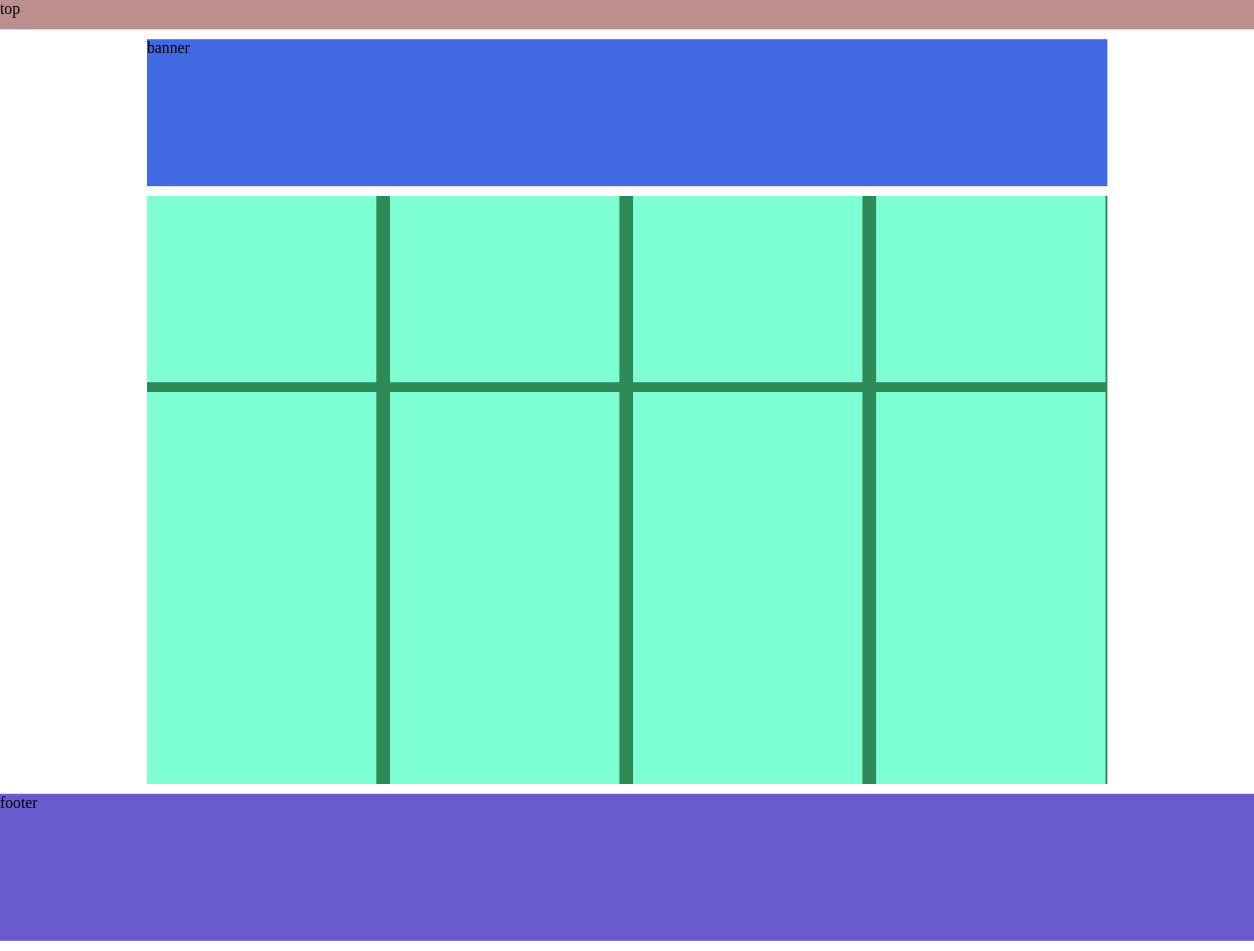
Repository: TheBestBadGuy0228/code
Page: 网页简单布局.案例.html
The author's editor kept a copy of each file at every save. The page is drawn from the files as they stood at one save, then again after the next save.
The browser window is 1280 px wide. The pictures show the whole page, at 98% of full size.

Above is the page before, as saved 2021-12-09 13:07:46.

After the next save:
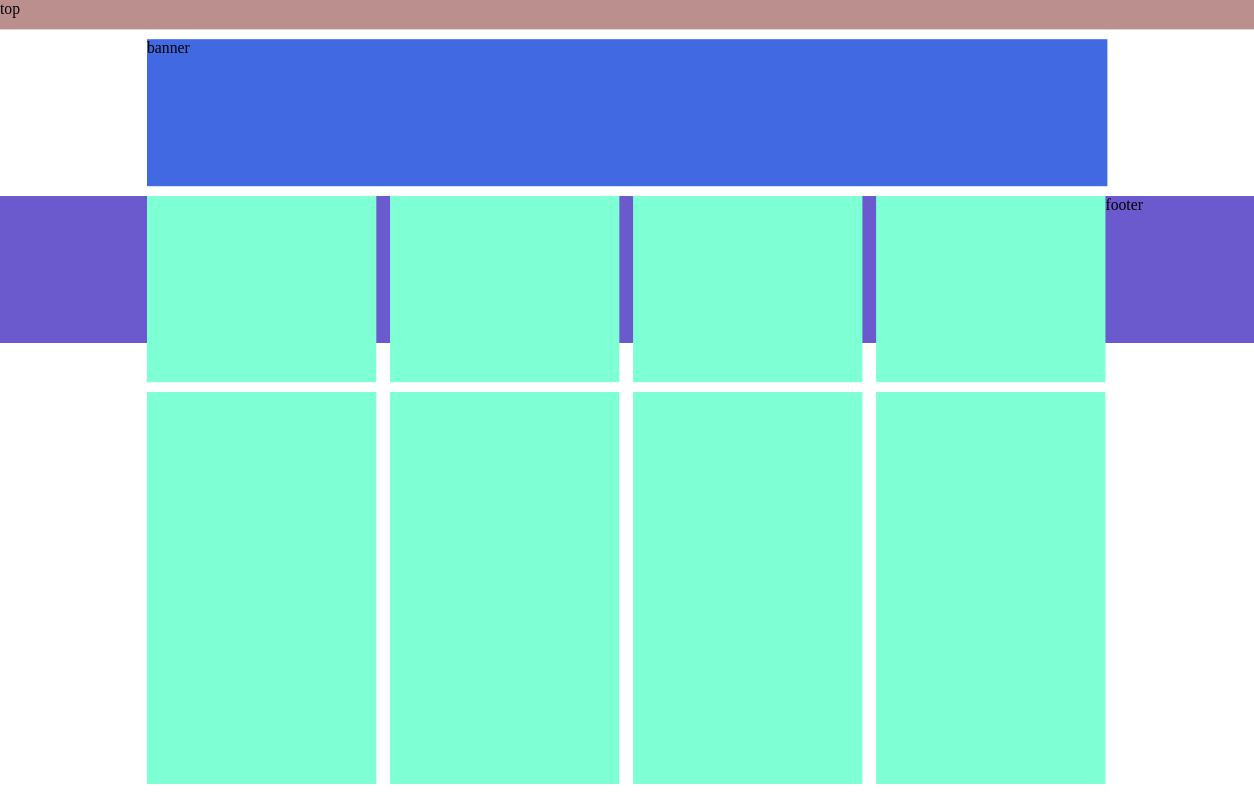
Saved 24 min 17 s later.
--- a/网页简单布局.案例.html
+++ b/网页简单布局.案例.html
@@ -34,7 +34,7 @@
 
         .box {
             width: 980px;
-            height: 600px;
+            /* height: 600px; */
             background-color: seagreen;
             margin: 0 auto 10px;
         }
@@ -90,7 +90,6 @@
             <li></li>
             <li class="last2"></li>
         </ul>
-
     </div>
     <div class="footer">footer</div>
 </body>

After the 2 saves that followed:
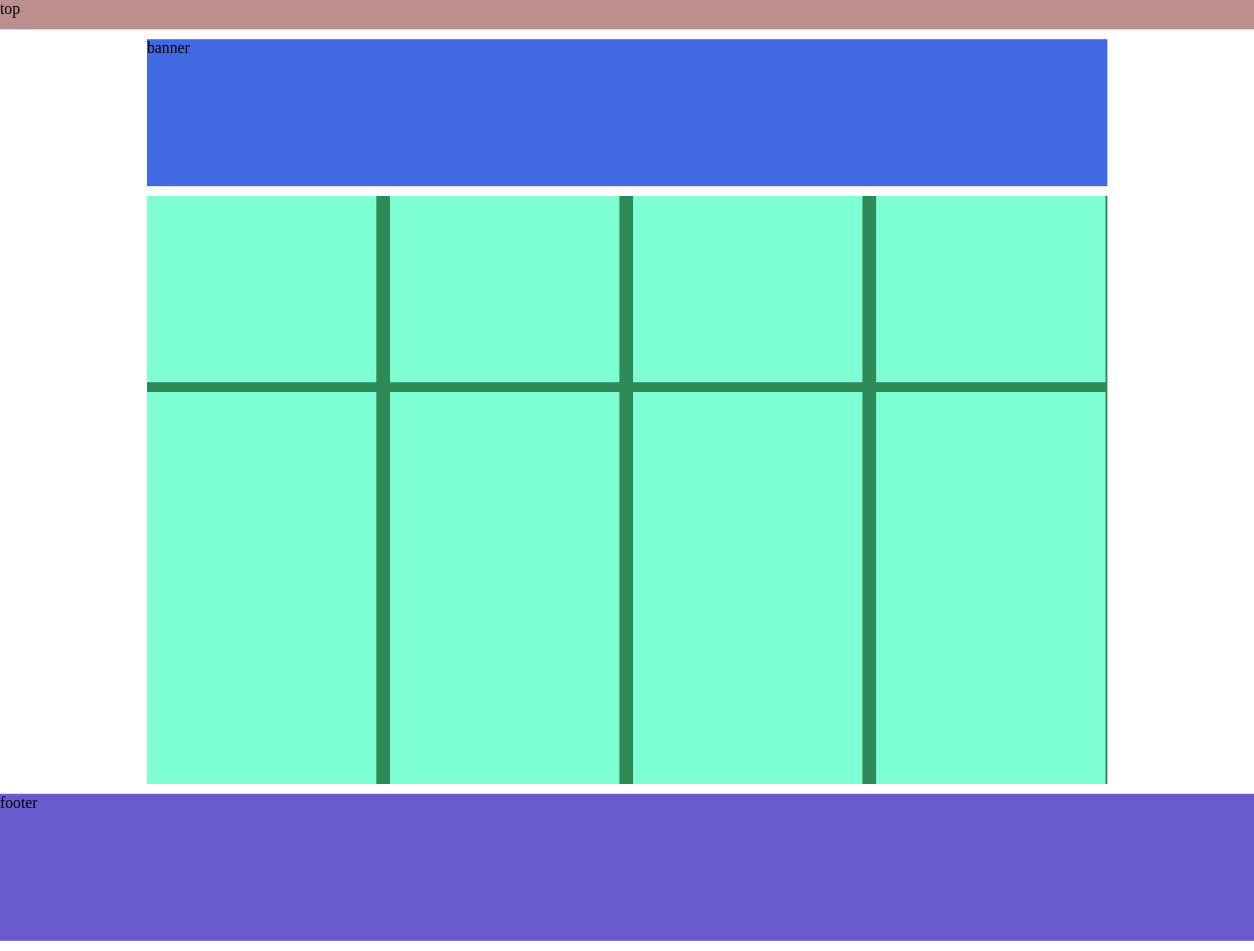
The 2 saves are shown as one change because 1 left the picture as it was.
The last was saved 41 s later.
--- a/网页简单布局.案例.html
+++ b/网页简单布局.案例.html
@@ -34,7 +34,7 @@
 
         .box {
             width: 980px;
-            /* height: 600px; */
+            height: 600px;
             background-color: seagreen;
             margin: 0 auto 10px;
         }
